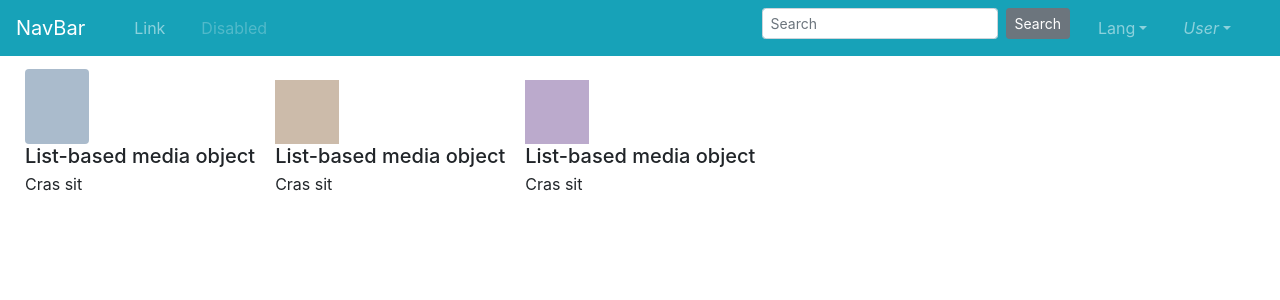
Repository: Funnyrz/vue-nav
Page: /
An editor plug-in stored every save of this project. The page is shown before and after the next save, followed by the edit.
The browser window is 1280 px wide. The pictures show the whole page.
The project was rebuilt for these pictures with package versions that can differ from the ones it lists, and the page was loaded fresh each time.

Above is the page before, as saved 2020-08-24 22:52:28.

### public/index.html
<!DOCTYPE html>
<html lang="en">
  <head>
    <meta charset="utf-8">
    <meta http-equiv="X-UA-Compatible" content="IE=edge">
    <meta name="viewport" content="width=device-width,initial-scale=1.0">
    <link rel="icon" href="<%= BASE_URL %>favicon.ico">
    <title>vue-pic</title>
  </head>
  <body>
    <noscript>
      <strong>We're sorry but vue-pic doesn't work properly without JavaScript enabled. Please enable it to continue.</strong>
    </noscript>
    <div id="app"></div>
    <!-- built files will be auto injected -->
  </body>
</html>

### src/main.js
import Vue from 'vue'
import App from './App.vue'
import 'bootstrap/dist/css/bootstrap.css'
import 'bootstrap-vue/dist/bootstrap-vue.css'
import BootstrapVue from 'bootstrap-vue'
// ES Modules syntax

// require syntax

Vue.use(BootstrapVue)
Vue.config.productionTip = false

new Vue({
  render: h => h(App),
}).$mount('#app')

### src/App.vue
<template>
  <div id="app">
    <HelloWorld msg="Welcome to Your Vue.js App" />
  </div>
</template>

<script>
import HelloWorld from "./components/HelloWorld.vue";

export default {
  name: "app",
  components: {
    HelloWorld
  }
};
</script>

<style>
.container-fluid {
  width: 80%;
}
</style>

### src/components/HelloWorld.vue
<template>
  <div class="hello">
    <div>
      <b-navbar toggleable="lg" type="dark" variant="info">
        <b-navbar-brand href="#">NavBar</b-navbar-brand>

        <b-navbar-toggle target="nav-collapse"></b-navbar-toggle>
        <b-container fluid>
          <b-collapse id="nav-collapse" is-nav>
            <b-navbar-nav>
              <b-nav-item href="#">Link</b-nav-item>
              <b-nav-item href="#" disabled>Disabled</b-nav-item>
            </b-navbar-nav>

            <!-- Right aligned nav items -->
            <b-navbar-nav class="ml-auto">
              <b-nav-form>
                <b-form-input size="sm" class="mr-sm-2" placeholder="Search"></b-form-input>
                <b-button size="sm" class="my-2 my-sm-0" type="submit">Search</b-button>
              </b-nav-form>

              <b-nav-item-dropdown text="Lang" right>
                <b-dropdown-item href="#">EN</b-dropdown-item>
                <b-dropdown-item href="#">ES</b-dropdown-item>
                <b-dropdown-item href="#">RU</b-dropdown-item>
                <b-dropdown-item href="#">FA</b-dropdown-item>
              </b-nav-item-dropdown>

              <b-nav-item-dropdown right>
                <!-- Using 'button-content' slot -->
                <template v-slot:button-content>
                  <em>User</em>
                </template>
                <b-dropdown-item href="#">Profile</b-dropdown-item>
                <b-dropdown-item href="#">Sign Out</b-dropdown-item>
              </b-nav-item-dropdown>
            </b-navbar-nav>
          </b-collapse>
        </b-container>
      </b-navbar>

      <b-container fluid>
        <div>
          <ul class="list-unstyled">
            <b-media tag="li">
              <template v-slot:aside>
                <b-img v-bind="mainProps" rounded blank-color="#abc" width="64" alt="placeholder"></b-img>
              </template>
              <h5 class="mt-0 mb-1">List-based media object</h5>
              <p class="mb-0">Cras sit</p>
            </b-media>

            <b-media tag="li" class="my-4">
              <template v-slot:aside>
                <b-img blank blank-color="#cba" width="64" alt="placeholder"></b-img>
              </template>

              <h5 class="mt-0 mb-1">List-based media object</h5>
              <p class="mb-0">Cras sit</p>
            </b-media>

            <b-media tag="li">
              <template v-slot:aside>
                <b-img blank blank-color="#bac" width="64" alt="placeholder"></b-img>
              </template>

              <h5 class="mt-0 mb-1">List-based media object</h5>
              <p class="mb-0">Cras sit</p>
            </b-media>
          </ul>
        </div>
      </b-container>
    </div>
  </div>
</template>

<script>
export default {
  name: "HelloWorld",
  props: {
    msg: String
  },
  data() {
    return {
      mainProps: {
        blank: true,
        blankColor: "#777",
        width: 75,
        height: 75,
        class: "m1"
      }
    };
  },
  mounted() {}
};
</script>

<!-- Add "scoped" attribute to limit CSS to this component only -->
<style scoped>
h3 {
  margin: 40px 0 0;
}
ul {
  list-style-type: none;
  padding: 0;
}
li {
  display: inline-block;
  margin: 0 10px;
}
a {
  color: #42b983;
}
</style>

After the next save:
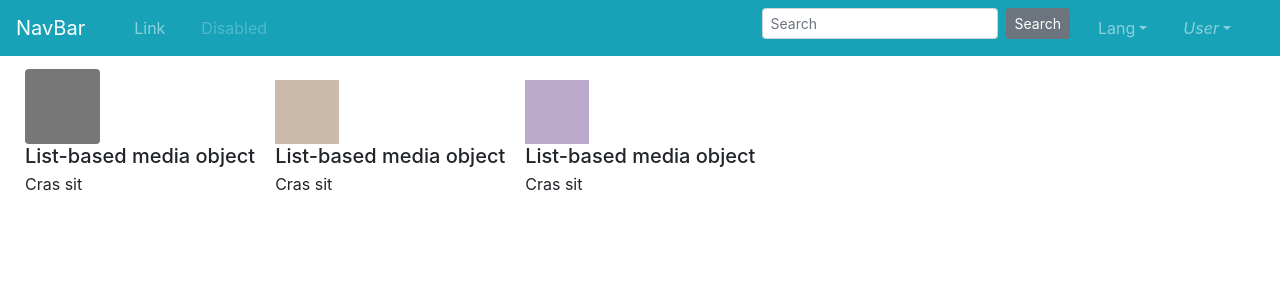
Saved 10 s later.
--- a/src/components/HelloWorld.vue
+++ b/src/components/HelloWorld.vue
@@ -44,7 +44,7 @@
           <ul class="list-unstyled">
             <b-media tag="li">
               <template v-slot:aside>
-                <b-img v-bind="mainProps" rounded blank-color="#abc" width="64" alt="placeholder"></b-img>
+                <b-img v-bind="mainProps" rounded alt="placeholder"></b-img>
               </template>
               <h5 class="mt-0 mb-1">List-based media object</h5>
               <p class="mb-0">Cras sit</p>
